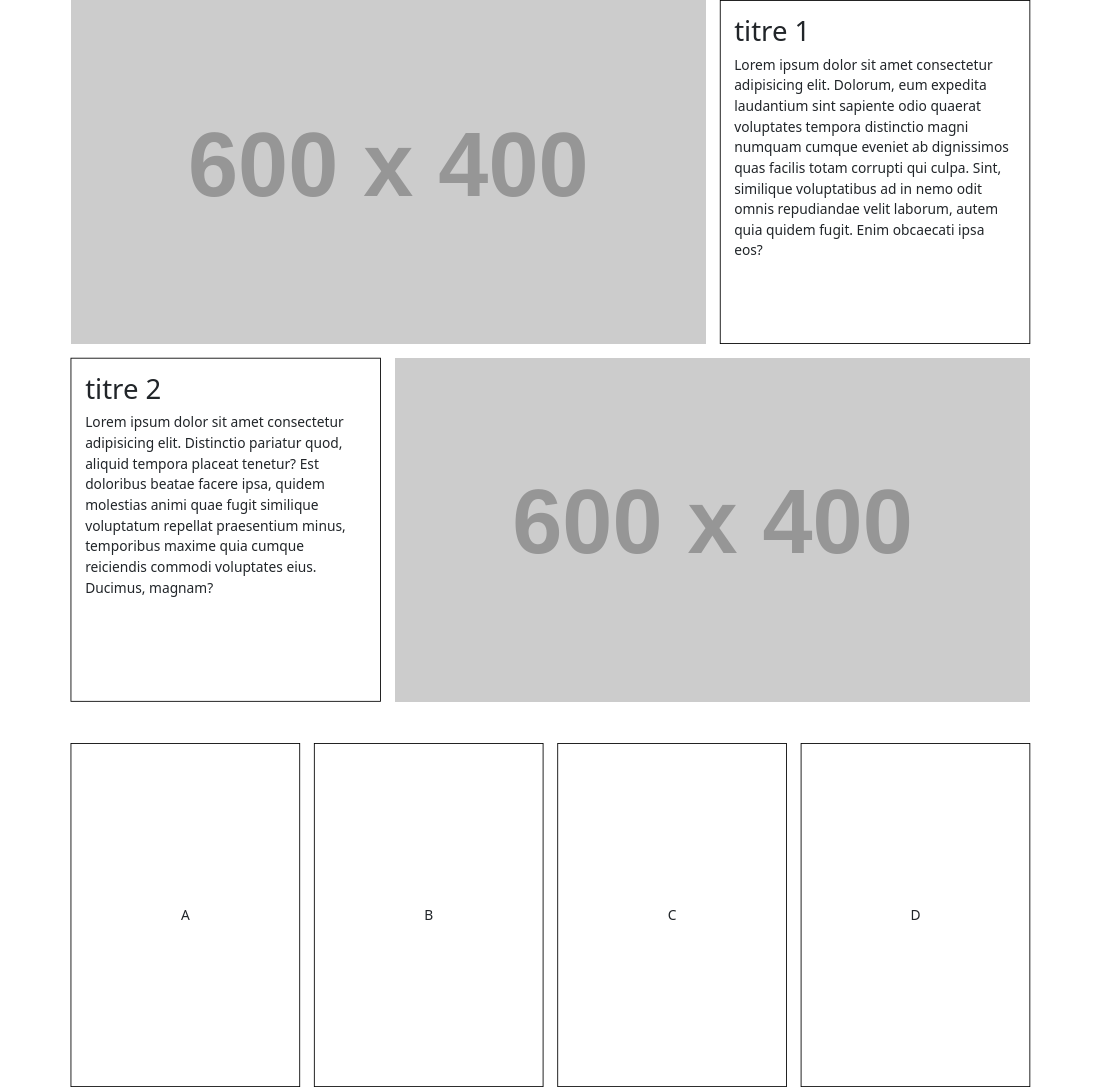
Repository: fbansept/ran4_24
Page: correction-tp.html
An editor plug-in stored every save of this project. The page is shown before and after the next save, followed by the edit.
The browser window is 1280 px wide. The pictures show the whole page, at 86% of full size.

Above is the page before, as saved 2024-10-22 10:37:43.

### correction-tp.html
<!DOCTYPE html>
<html lang="en">
  <head>
    <meta charset="UTF-8" />
    <meta name="viewport" content="width=device-width, initial-scale=1.0" />
    <title>Document</title>

    <link
      href="https://cdn.jsdelivr.net/npm/bootstrap@5.3.3/dist/css/bootstrap.min.css"
      rel="stylesheet"
      integrity="sha384-QWTKZyjpPEjISv5WaRU9OFeRpok6YctnYmDr5pNlyT2bRjXh0JMhjY6hW+ALEwIH"
      crossorigin="anonymous"
    />
    <script
      defer
      src="https://cdn.jsdelivr.net/npm/bootstrap@5.3.3/dist/js/bootstrap.bundle.min.js"
      integrity="sha384-YvpcrYf0tY3lHB60NNkmXc5s9fDVZLESaAA55NDzOxhy9GkcIdslK1eN7N6jIeHz"
      crossorigin="anonymous"
    ></script>

    <link rel="stylesheet" href="style.css" />
  </head>
  <body class="container">
    <section class="row mb-lg-3 g-3">
      <img
        class="col-md-6 col-lg-8"
        src="https://placehold.co/600x400"
        alt=""
      />
      <article class="col-md-6 col-lg-4">
        <div>
          <h2>titre 1</h2>
          <p>
            Lorem ipsum dolor sit amet consectetur adipisicing elit. Dolorum,
            eum expedita laudantium sint sapiente odio quaerat voluptates
            tempora distinctio magni numquam cumque eveniet ab dignissimos quas
            facilis totam corrupti qui culpa. Sint, similique voluptatibus ad in
            nemo odit omnis repudiandae velit laborum, autem quia quidem fugit.
            Enim obcaecati ipsa eos?
          </p>
        </div>
      </article>
      <img
        class="col-md-6 col-lg-8 order-md-4"
        src="https://placehold.co/600x400"
        alt=""
      />
      <article class="col-md-6 col-lg-4">
        <div>
          <h2>titre 2</h2>
          <p>
            Lorem ipsum dolor sit amet consectetur adipisicing elit. Distinctio
            pariatur quod, aliquid tempora placeat tenetur? Est doloribus beatae
            facere ipsa, quidem molestias animi quae fugit similique voluptatum
            repellat praesentium minus, temporibus maxime quia cumque reiciendis
            commodi voluptates eius. Ducimus, magnam?
          </p>
        </div>
      </article>
    </section>
    <section
      class="row row-cols-1 row-cols-md-2 row-cols-lg-4 g-3 g-md-0 g-lg-3 mt-2 mt-md-3"
    >
      <div class="col">
        <div><span>A</span></div>
      </div>
      <div class="col">
        <div><span>B</span></div>
      </div>
      <div class="col">
        <div><span>C</span></div>
      </div>
      <div class="col">
        <div><span>D</span></div>
      </div>
    </section>
  </body>
</html>

### style.css
section > article,
section > div,
section > img {
  height: 400px;
}

section > article > div {
  border: 1px solid black;
}

section > article > div {
  height: 100%;
  padding: 1em;
}

section > div > div {
  border: solid 1px black;
  width: 100%;
  height: 100%;

  display: flex;
  align-items: center;
  justify-content: center;
}

section > img {
  object-fit: cover;
}

body {
  display: flex;
  flex-direction: column;
}

After the next save:
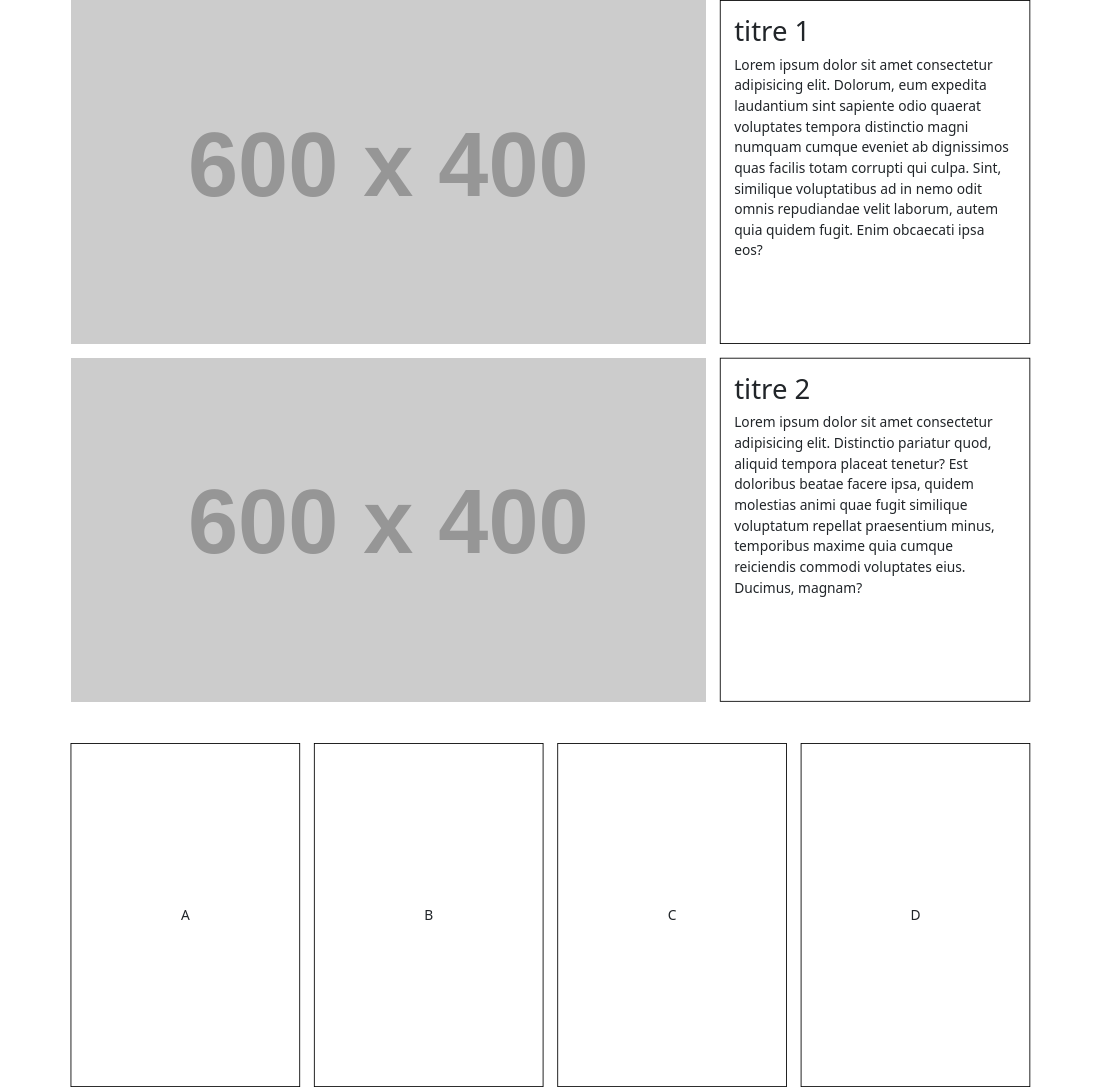
Saved 32 s later.
--- a/correction-tp.html
+++ b/correction-tp.html
@@ -41,7 +41,7 @@
         </div>
       </article>
       <img
-        class="col-md-6 col-lg-8 order-md-4"
+        class="col-md-6 col-lg-8"
         src="https://placehold.co/600x400"
         alt=""
       />

After the save that followed:
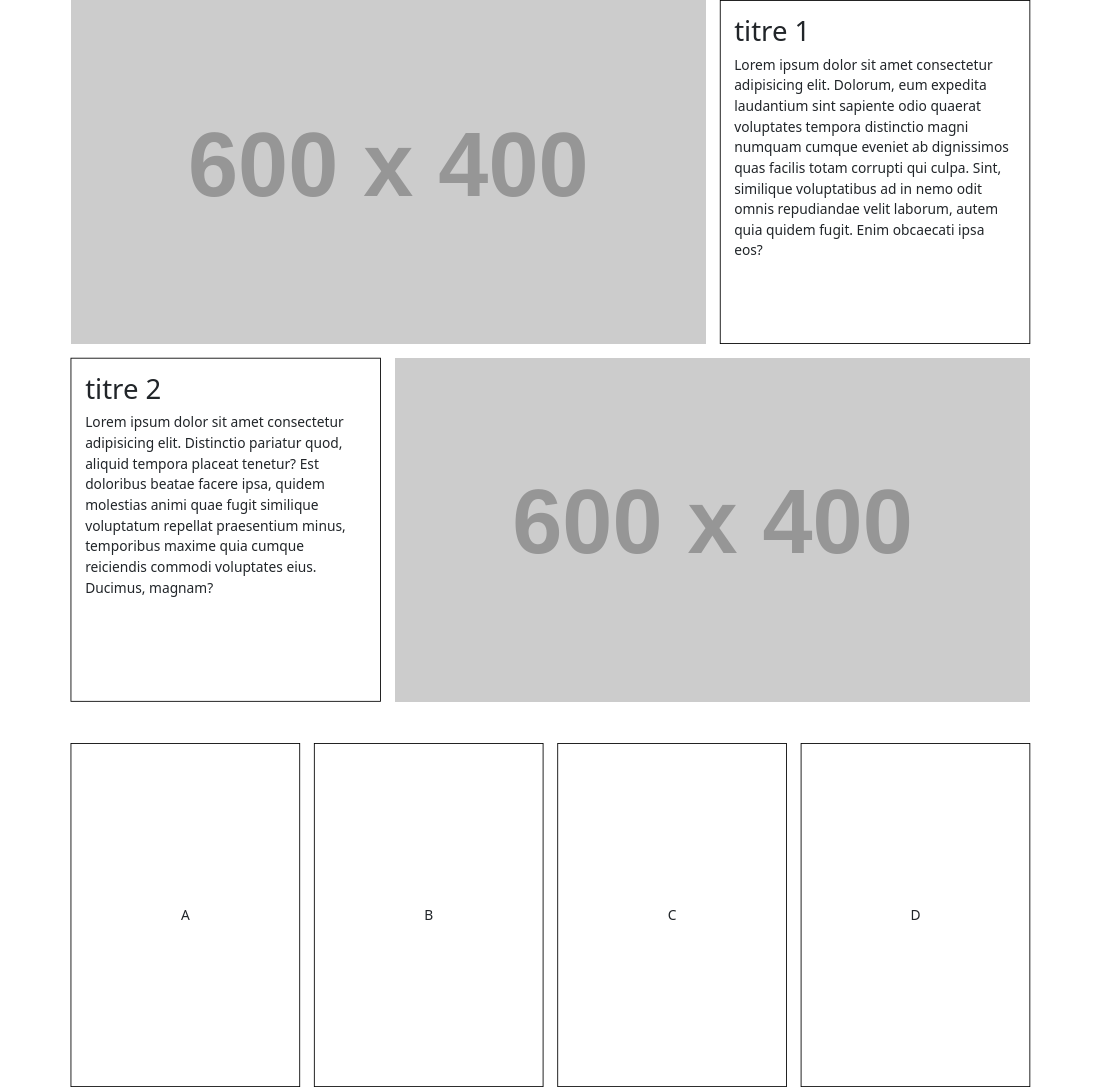
Saved 23 s later.
--- a/correction-tp.html
+++ b/correction-tp.html
@@ -41,7 +41,7 @@
         </div>
       </article>
       <img
-        class="col-md-6 col-lg-8"
+        class="col-md-6 col-lg-8 order-md-4"
         src="https://placehold.co/600x400"
         alt=""
       />
